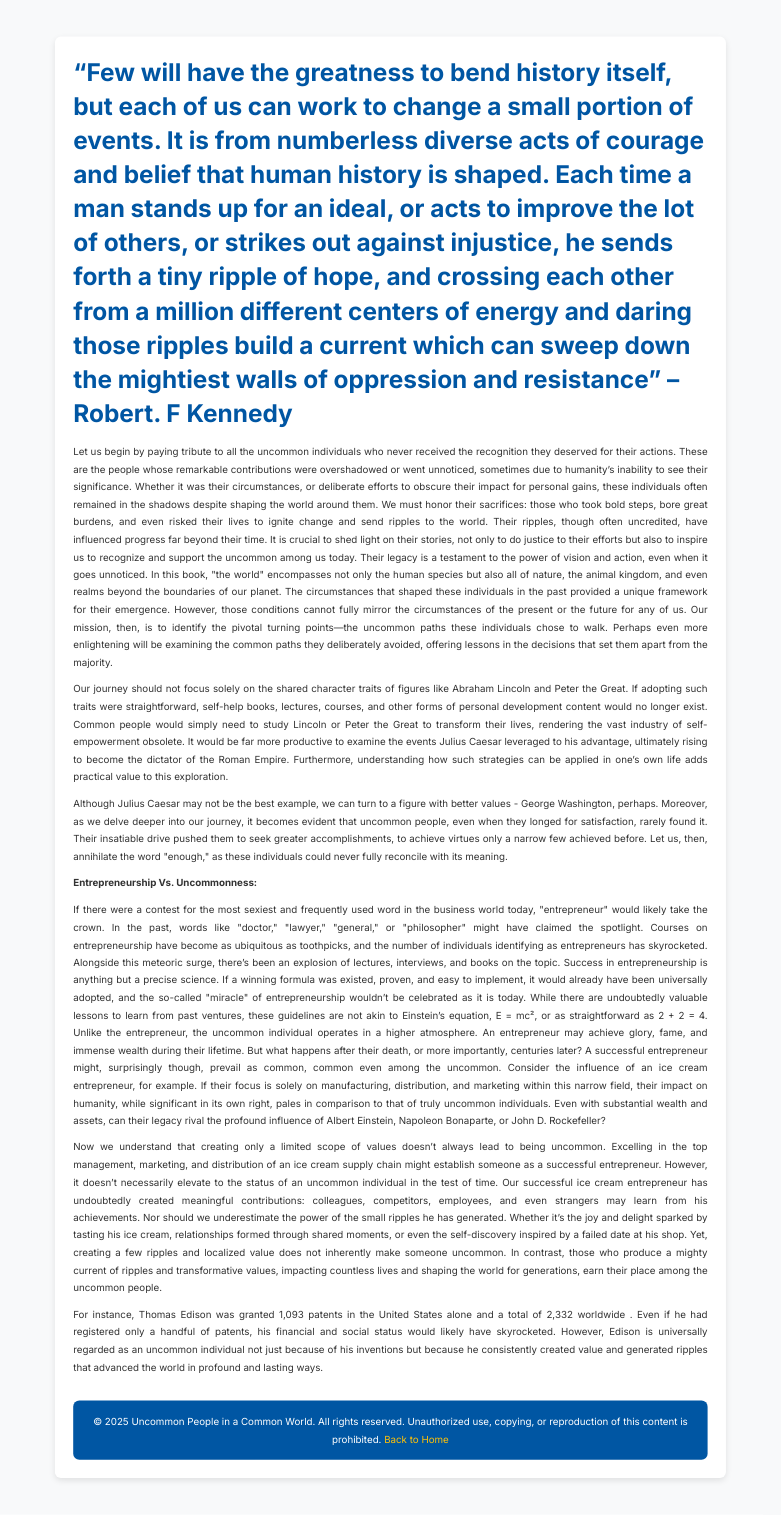
Repository: AvivGranot/Uncommon-Website
Page: Assets/Posts/post2.html
An editor plug-in stored every save of this project. The page is shown before and after the next save, followed by the edit.
The browser window is 1280 px wide. The pictures show the whole page, at 61% of full size.

Above is the page before, as saved 2025-01-09 10:02:25.

### Assets/Posts/post2.html
<!DOCTYPE html>
<html lang="en">
<head>
    <meta charset="UTF-8">
    <meta name="viewport" content="width=device-width, initial-scale=1.0">
    <title>What is Commonness and what is Uncommonness?</title>
    <link href="https://fonts.googleapis.com/css2?family=Inter:wght@400;700&display=swap" rel="stylesheet">
    <style>
        * {
            margin: 0;
            padding: 0;
            box-sizing: border-box;
        }

        body {
            font-family: 'Inter', sans-serif;
            background-color: #f8f9fa;
            color: #333;
            line-height: 1.8;
            padding: 20px;
        }

        .container {
            max-width: 1100px;
            margin: 40px auto;
            padding: 30px;
            background-color: #fff;
            border-radius: 10px;
            box-shadow: 0 4px 10px rgba(0, 0, 0, 0.1);
        }

        h1 {
            font-size: 2.5rem;
            margin-bottom: 20px;
            line-height: 1.4;
            color: #0056a3;
        }

        p {
            font-size: 1rem;
            margin-bottom: 15px;
            text-align: justify;
        }

        b {
            font-weight: bold;
        }

        u {
            text-decoration: underline;
        }

        .image {
    width: 100%; /* Responsive width */
    max-height: 600px; /* Adjust maximum height as needed */
    object-fit: contain; /* Maintains aspect ratio and avoids distortion */
    border-radius: 10px;
    margin: 15px 0;
}


        .footnote {
            font-size: 0.8rem;
            color: #666;
            margin-top: 10px;
        }

        footer {
            text-align: center;
            margin-top: 40px;
            padding: 20px;
            background-color: #0056a3;
            color: white;
            border-radius: 10px;
        }

        footer a {
            color: #ffc107;
            text-decoration: none;
        }

        footer a:hover {
            text-decoration: underline;
        }
    </style>
</head>
<body>
    <div class="container">
        <h1>“Few will have the greatness to bend history itself, but each of us can work to change a small portion of events. It is from numberless diverse acts of courage and belief that human history is shaped. Each time a man stands up for an ideal, or acts to improve the lot of others, or strikes out against injustice, he sends forth a tiny ripple of hope, and crossing each other from a million different centers of energy and daring those ripples build a current which can sweep down the mightiest walls of oppression and resistance” – Robert. F Kennedy</h1>
        <p>Let us begin by paying tribute to all the uncommon individuals who never received the recognition they deserved for their actions. These are the people whose remarkable contributions were overshadowed or went unnoticed, sometimes due to humanity’s inability to see their significance. Whether it was their circumstances, or deliberate efforts to obscure their impact for personal gains, these individuals often remained in the shadows despite shaping the world around them. We must honor their sacrifices: those who took bold steps, bore great burdens, and even risked their lives to ignite change and send ripples to the world. Their ripples, though often uncredited, have influenced progress far beyond their time. It is crucial to shed light on their stories, not only to do justice to their efforts but also to inspire us to recognize and support the uncommon among us today. Their legacy is a testament to the power of vision and action, even when it goes unnoticed. In this book, "the world" encompasses not only the human species but also all of nature, the animal kingdom, and even realms beyond the boundaries of our planet. The circumstances that shaped these individuals in the past provided a unique framework for their emergence. However, those conditions cannot fully mirror the circumstances of the present or the future for any of us. Our mission, then, is to identify the pivotal turning points—the uncommon paths these individuals chose to walk. Perhaps even more enlightening will be examining the common paths they deliberately avoided, offering lessons in the decisions that set them apart from the majority.</p>
        <p>Our journey should not focus solely on the shared character traits of figures like Abraham Lincoln and Peter the Great. If adopting such traits were straightforward, self-help books, lectures, courses, and other forms of personal development content would no longer exist. Common people would simply need to study Lincoln or Peter the Great to transform their lives, rendering the vast industry of self-empowerment obsolete. It would be far more productive to examine the events Julius Caesar leveraged to his advantage, ultimately rising to become the dictator of the Roman Empire. Furthermore, understanding how such strategies can be applied in one’s own life adds practical value to this exploration.</p>
        <p>Although Julius Caesar may not be the best example, we can turn to a figure with better values - George Washington, perhaps. Moreover, as we delve deeper into our journey, it becomes evident that uncommon people, even when they longed for satisfaction, rarely found it. Their insatiable drive pushed them to seek greater accomplishments, to achieve virtues only a narrow few achieved before. Let us, then, annihilate the word "enough," as these individuals could never fully reconcile with its meaning.</p>
        <p><b>Entrepreneurship Vs. Uncommonness:</b></p>
        <p>If there were a contest for the most sexiest and frequently used word in the business world today, "entrepreneur" would likely take the crown. In the past, words like "doctor," "lawyer," "general," or "philosopher" might have claimed the spotlight. Courses on entrepreneurship have become as ubiquitous as toothpicks, and the number of individuals identifying as entrepreneurs has skyrocketed. Alongside this meteoric surge, there’s been an explosion of lectures, interviews, and books on the topic. Success in entrepreneurship is anything but a precise science. If a winning formula was existed, proven, and easy to implement, it would already have been universally adopted, and the so-called "miracle" of entrepreneurship wouldn’t be celebrated as it is today. While there are undoubtedly valuable lessons to learn from past ventures, these guidelines are not akin to Einstein’s equation, E = mc², or as straightforward as 2 + 2 = 4. Unlike the entrepreneur, the uncommon individual operates in a higher atmosphere. An entrepreneur may achieve glory, fame, and immense wealth during their lifetime. But what happens after their death, or more importantly, centuries later? A successful entrepreneur might, surprisingly though, prevail as common, common even among the uncommon. Consider the influence of an ice cream entrepreneur, for example. If their focus is solely on manufacturing, distribution, and marketing within this narrow field, their impact on humanity, while significant in its own right, pales in comparison to that of truly uncommon individuals. Even with substantial wealth and assets, can their legacy rival the profound influence of Albert Einstein, Napoleon Bonaparte, or John D. Rockefeller?</p>
        <p>Now we understand that creating only a limited scope of values doesn’t always lead to being uncommon. Excelling in the top management, marketing, and distribution of an ice cream supply chain might establish someone as a successful entrepreneur. However, it doesn’t necessarily elevate to the status of an uncommon individual in the test of time. Our successful ice cream entrepreneur has undoubtedly created meaningful contributions: colleagues, competitors, employees, and even strangers may learn from his achievements. Nor should we underestimate the power of the small ripples he has generated. Whether it’s the joy and delight sparked by tasting his ice cream, relationships formed through shared moments, or even the self-discovery inspired by a failed date at his shop. Yet, creating a few ripples and localized value does not inherently make someone uncommon. In contrast, those who produce a mighty current of ripples and transformative values, impacting countless lives and shaping the world for generations, earn their place among the uncommon people.</p>
        <p>For instance, Thomas Edison was granted 1,093 patents in the United States alone and a total of 2,332 worldwide . Even if he had registered only a handful of patents, his financial and social status would likely have skyrocketed. However, Edison is universally regarded as an uncommon individual not just because of his inventions but because he consistently created value and generated ripples that advanced the world in profound and lasting ways.</p>














        <footer>
            &copy; 2025 Uncommon People in a Common World. All rights reserved. Unauthorized use, copying, or reproduction of this content is prohibited. <a href="index.html">Back to Home</a>
        </footer>
    </div>
</body>
</html>

After the next save:
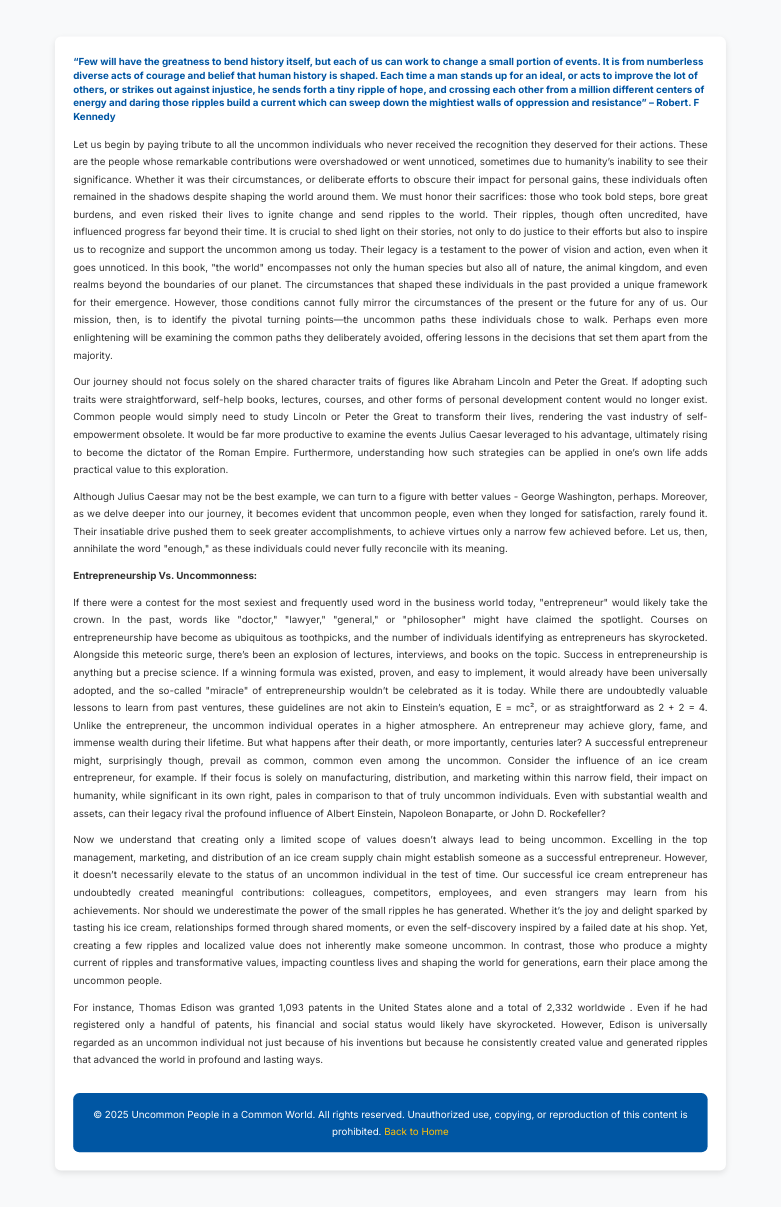
Saved 2 min 15 s later.
--- a/Assets/Posts/post2.html
+++ b/Assets/Posts/post2.html
@@ -3,7 +3,7 @@
 <head>
     <meta charset="UTF-8">
     <meta name="viewport" content="width=device-width, initial-scale=1.0">
-    <title>What is Commonness and what is Uncommonness?</title>
+    <title>Entrepreneurship vs. Uncommonness?</title>
     <link href="https://fonts.googleapis.com/css2?family=Inter:wght@400;700&display=swap" rel="stylesheet">
     <style>
         * {
@@ -30,7 +30,7 @@
         }
 
         h1 {
-            font-size: 2.5rem;
+            font-size: 1rem;
             margin-bottom: 20px;
             line-height: 1.4;
             color: #0056a3;
